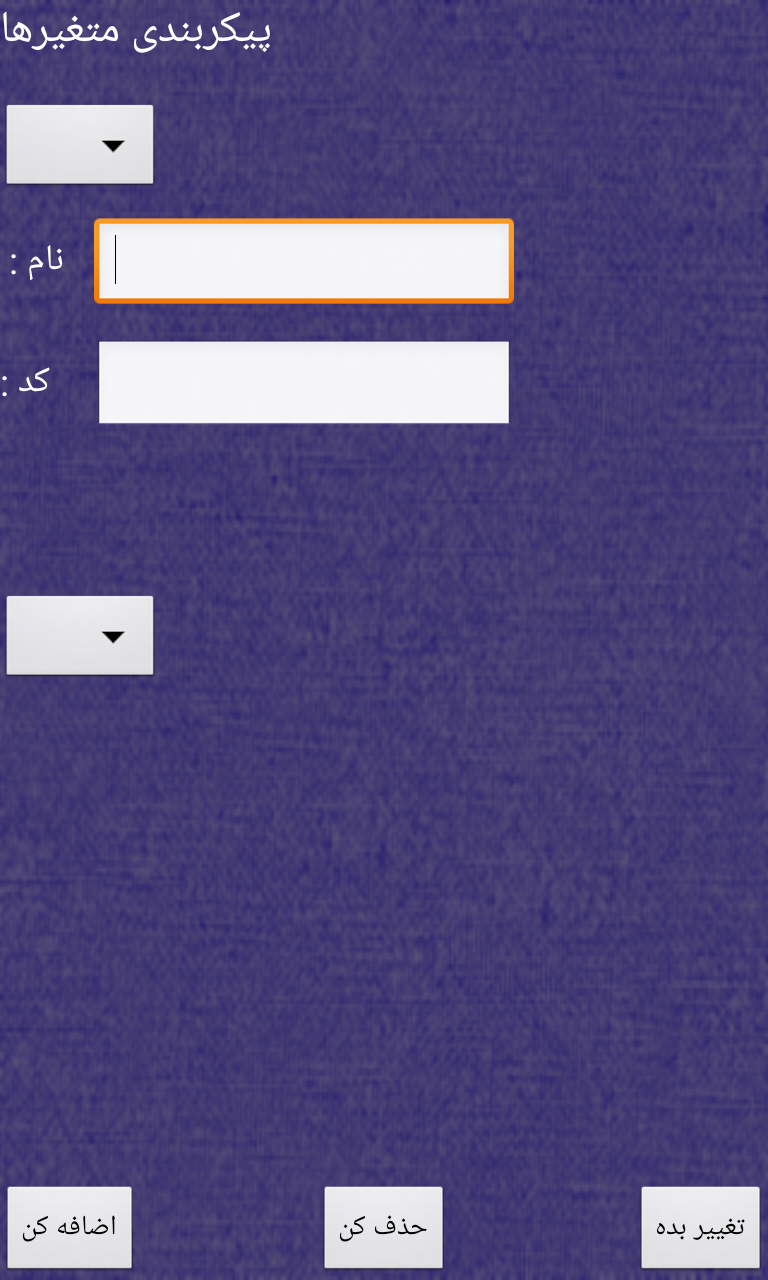
Repository: samanamp/RR-Controller
Layout: RRC app/res/layout/activity_variable_setting.xml
The author's editor kept a copy of each file at every save. The layout is drawn from the files as they stood at one save, then again after the next save.
It is drawn on a 768 x 1280 px phone screen (xhdpi) without system bars, with theme AppTheme; the app's code is not run.

Above is the layout before, as saved 2012-08-13 11:32:18.

After the next save:
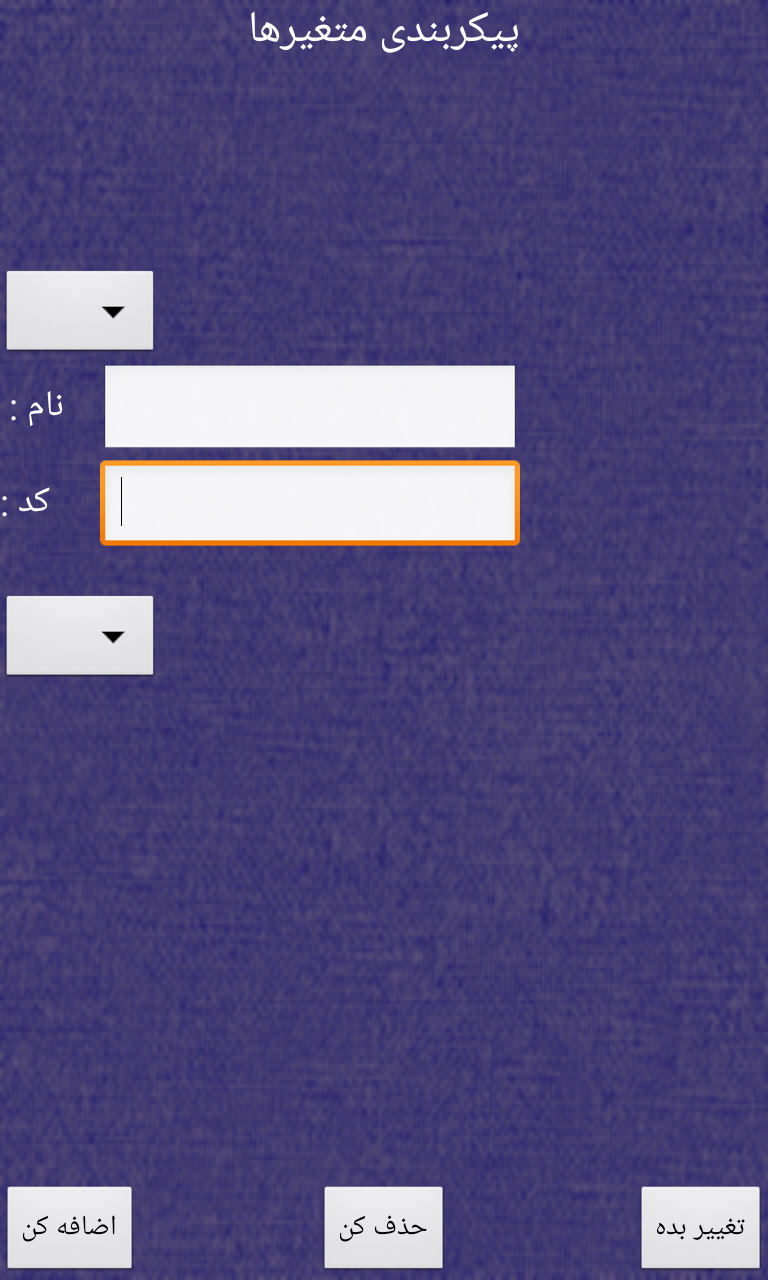
Saved 3 min 30 s later.
--- a/RRC app/res/layout/activity_variable_setting.xml
+++ b/RRC app/res/layout/activity_variable_setting.xml
@@ -4,7 +4,7 @@
     android:layout_height="match_parent"
     android:background="@drawable/bg_menu" >
 
-           <Button
+    <Button
         android:id="@+id/button1"
         android:layout_width="wrap_content"
         android:layout_height="wrap_content"
@@ -22,31 +22,63 @@
         android:onClick="edit"
         android:text="تغییر بده" />
 
+    <Button
+        android:id="@+id/button3"
+        android:layout_width="wrap_content"
+        android:layout_height="wrap_content"
+        android:layout_alignParentBottom="true"
+        android:layout_centerHorizontal="true"
+        android:onClick="del"
+        android:text="حذف کن" />
+
+    <Spinner
+        android:id="@+id/spinner2"
+        android:layout_width="wrap_content"
+        android:layout_height="wrap_content"
+        android:layout_alignParentLeft="true"
+        android:layout_centerVertical="true" />
+
     <TextView
         android:id="@+id/textView1"
         android:layout_width="wrap_content"
         android:layout_height="wrap_content"
-        android:layout_alignParentLeft="true"
         android:layout_alignParentTop="true"
+        android:layout_centerHorizontal="true"
         android:text="پیکربندی متغیرها"
         android:textAppearance="?android:attr/textAppearanceLarge"
         android:textColor="#ffffff" />
 
-    <Spinner
-        android:id="@+id/spinner1"
+    <TextView
+        android:id="@+id/textView3"
         android:layout_width="wrap_content"
         android:layout_height="wrap_content"
+        android:layout_above="@+id/spinner2"
         android:layout_alignParentLeft="true"
-        android:layout_below="@+id/textView1"
-        android:layout_marginTop="20dp" />
+        android:layout_marginBottom="32dp"
+        android:text="کد :"
+        android:textAppearance="?android:attr/textAppearanceMedium"
+        android:textColor="#ffffff" />
+
+    <EditText
+        android:id="@+id/editText2"
+        android:layout_width="wrap_content"
+        android:layout_height="wrap_content"
+        android:layout_alignBaseline="@+id/textView3"
+        android:layout_alignBottom="@+id/textView3"
+        android:layout_alignRight="@+id/textView1"
+        android:ems="10"
+        android:inputType="number" >
+
+        <requestFocus />
+    </EditText>
 
     <TextView
         android:id="@+id/textView2"
         android:layout_width="wrap_content"
         android:layout_height="wrap_content"
+        android:layout_above="@+id/editText2"
         android:layout_alignParentLeft="true"
-        android:layout_below="@+id/spinner1"
-        android:layout_marginTop="19dp"
+        android:layout_marginBottom="14dp"
         android:text="نام : "
         android:textAppearance="?android:attr/textAppearanceMedium"
         android:textColor="#ffffff" />
@@ -57,48 +89,14 @@
         android:layout_height="wrap_content"
         android:layout_alignBaseline="@+id/textView2"
         android:layout_alignBottom="@+id/textView2"
-        android:layout_marginLeft="15dp"
-        android:layout_toRightOf="@+id/textView2"
-        android:ems="10" >
+        android:layout_alignLeft="@+id/editText2"
+        android:ems="10" />
 
-        <requestFocus />
-    </EditText>
-
-    <TextView
-        android:id="@+id/textView3"
+    <Spinner
+        android:id="@+id/spinner1"
         android:layout_width="wrap_content"
         android:layout_height="wrap_content"
-        android:layout_alignParentLeft="true"
-        android:layout_below="@+id/editText1"
-        android:layout_marginTop="22dp"
-        android:text="کد :"
-        android:textAppearance="?android:attr/textAppearanceMedium"
-        android:textColor="#ffffff" />
-
-    <EditText
-        android:id="@+id/editText2"
-        android:layout_width="wrap_content"
-        android:layout_height="wrap_content"
-        android:layout_alignBaseline="@+id/textView3"
-        android:layout_alignBottom="@+id/textView3"
-        android:layout_alignLeft="@+id/editText1"
-        android:ems="10"
-        android:inputType="number" />
-
-    <Button
-        android:id="@+id/button3"
-        android:layout_width="wrap_content"
-        android:layout_height="wrap_content"
-        android:layout_alignParentBottom="true"
-        android:layout_centerHorizontal="true"
-        android:text="حذف کن"
-        android:onClick="del"/>
-
-    <Spinner
-        android:id="@+id/spinner2"
-        android:layout_width="wrap_content"
-        android:layout_height="wrap_content"
-        android:layout_alignParentLeft="true"
-        android:layout_centerVertical="true" />
+        android:layout_above="@+id/editText1"
+        android:layout_alignParentLeft="true" />
 
 </RelativeLayout>
